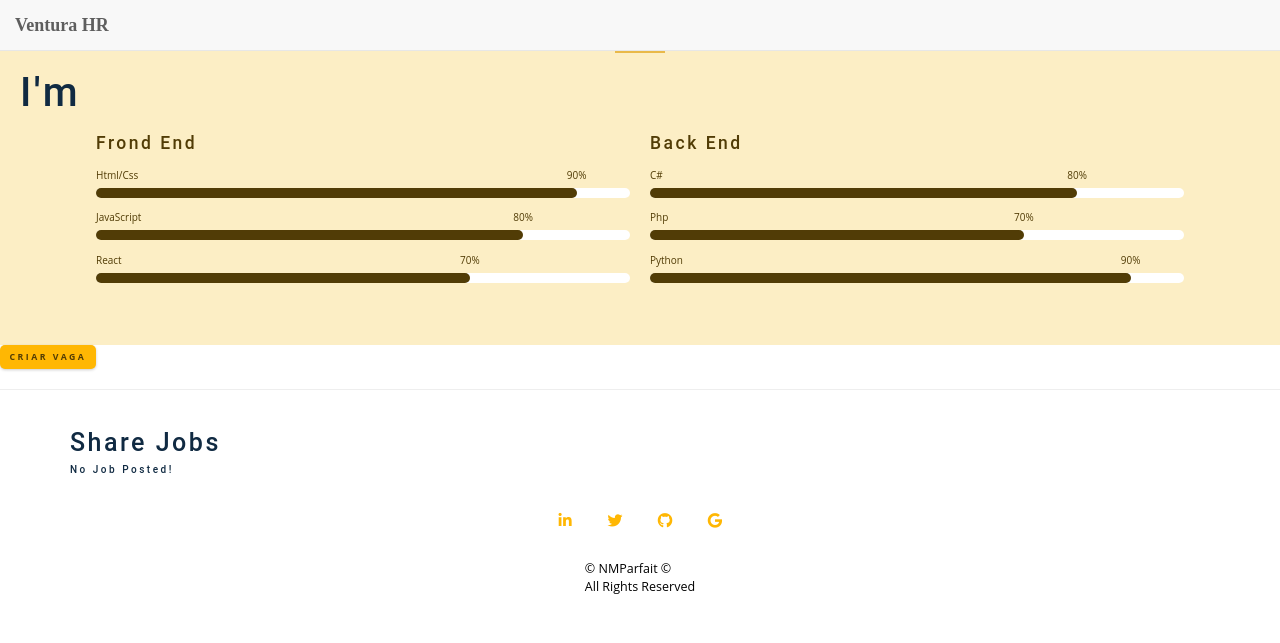
Repository: nmparfait/HumanResources-Ventura
Page: http://localhost/venturaWeb/WEB-INF/jsp/empresa/home.jsp
An editor plug-in stored every save of this project. The page is shown before and after the next save, followed by the edit.
The browser window is 1280 px wide. The pictures show the whole page.
Some web fonts or font styles are not loaded; a fallback is used. Some web libraries are served in a nearby version. The page is served by Tomcat 9. Nobody is signed in. Other server files are loaded and not shown. The template is opened directly, without the code that normally fills it, so the values that code supplies are empty.

Above is the page before, as saved 2021-09-27 22:33:39.

### venturaWeb/src/main/webapp/WEB-INF/jsp/empresa/home.jsp
<%@ page contentType="text/html;charset=UTF-8" language="java" %>
<%@ taglib uri="http://java.sun.com/jsp/jstl/core" prefix="c"%>
<html>
	<head>
	    <meta charset="UTF-8" />
	    <meta http-equiv="X-UA-Compatible" content="IE=edge" />
	    <meta name="viewport" content="width=device-width, initial-scale=1.0" />
	    <meta name="viewport" content="width=device-width, initial-scale=1">
	    <link rel="stylesheet" href="https://maxcdn.bootstrapcdn.com/bootstrap/3.4.1/css/bootstrap.min.css">
	    <script src="https://ajax.googleapis.com/ajax/libs/jquery/3.5.1/jquery.min.js"></script>
	    <script src="https://maxcdn.bootstrapcdn.com/bootstrap/3.4.1/js/bootstrap.min.js"></script>
	    <title>VENTURA | Entreprise</title>
	    <!-- font awesome -->
	    <link
	      rel="stylesheet"
	      href="https://cdnjs.cloudflare.com/ajax/libs/font-awesome/5.14.0/css/all.min.css"
	    />
	    <!-- google font -->
	    <link href="https://fonts.googleapis.com/css2?family=Dancing+Script&display=swap" rel="stylesheet">
	    <!-- style -->
	    <link rel="stylesheet" href="../css/styles.css" />
	    <link rel="stylesheet" href="../css/footer.css" />
	    <link rel="stylesheet" href="../css/empresa.css" />

  	</head>
  	 <body>
  	 	<nav class="navbar navbar-default navbar-fixed-top">
  			<div class="container-fluid">
    			<div class="navbar-header">
      				<a class="navbar-brand font logoVentura" href="http://localhost:8080">Ventura HR</a>
    			</div>
		  	 	<ul class="nav navbar-nav navbar-right">
					<c:if test="${not empty usuario}">

						<li><a href="http://localhost:8080/#about"><span class="glyphicon glyphicon-flag navSize"></span> About</a></li>
						<li><a href="http://localhost:8080/#service"><span class="glyphicon glyphicon-retweet navSize"></span> Services</a></li>
						<li><a href="http://localhost:8080/#contact"><span class="glyphicon glyphicon-envelope navSize"></span> Contact</a></li>
				    </c:if>
				    <c:if test="${not empty usuario}">
				    	<li><a href="/logout"><span class="glyphicon glyphicon-log-out"></span>Logout, ${usuario.email}</a></li>
				    </c:if>
				 </ul>
		</nav>
		<!-- skills -->
    <section class="section skills">
    	<article class="hero-info">
		          <div class="underline"></div>
		          <h1>i'm ${usuario.nomeCompleto}</h1>

      </div>
      <!--end of section title  -->
      <div class="section-center skills-center">
        <article class="">
          <h3>frond end</h3>
          <!-- single skill -->
          <div class="skill">
            <p>html/css</p>
            <div class="skill-container">
              <div class="skill-value skill-value-90"></div>
              <p class="skill-text skill-text-90">90%</p>
            </div>
          </div>
          <!-- end of single skill -->

          <!-- single skill -->
          <div class="skill">
            <p>JavaScript</p>
            <div class="skill-container">
              <div class="skill-value skill-value-80"></div>
              <p class="skill-text skill-text-80">80%</p>
            </div>
          </div>
          <!-- end of single skill -->

          <!-- single skill -->
          <div class="skill">
            <p>react</p>
            <div class="skill-container">
              <div class="skill-value skill-value-70"></div>
              <p class="skill-text skill-text-70">70%</p>
            </div>
          </div>
          <!-- end of single skill -->
        </article>

        <article class="">
          <h3>back end</h3>
          <!-- single skill -->
          <div class="skill">
            <p>c#</p>
            <div class="skill-container">
              <div class="skill-value skill-value-80"></div>
              <p class="skill-text skill-text-80">80%</p>
            </div>
          </div>
          <!-- end of single skill -->

          <!-- single skill -->
          <div class="skill">
            <p>php</p>
            <div class="skill-container">
              <div class="skill-value skill-value-70"></div>
              <p class="skill-text skill-text-70">70%</p>
            </div>
          </div>
          <!-- end of single skill -->

          <!-- single skill -->
          <div class="skill">
            <p>python</p>
            <div class="skill-container">
              <div class="skill-value skill-value-90"></div>
              <p class="skill-text skill-text-90">90%</p>
            </div>
          </div>
          <!-- end of single skill -->
        </article>
      </div>
    </section>

    <!-- end of skills -->
		    <div class="form-group">
		        <form action="/postarVaga" method="get">
		            <button type="submit" class="btn btn-default">Criar Vaga</button>
		        </form>
		    </div>
		</div>
		<hr>
		<div class="container">
		    <h2>Share Jobs</h2>

		    <c:if test="${not empty vagas}">
		        <table class="table table-bordered">
		            <thead>
		            <tr>
		                <th>Id</th>
		                <th>Cargo</th>
		                <th>Cidade</th>
		                <th>Tipo de Contrato</th>
		            </tr>
		            </thead>
		            <tbody>
		            <c:forEach var="vaga" items="${vagas}" varStatus="id">
		                <tr>
		                    <td>${vaga.id}</td>
		                    <td>${vaga.cargo}</td>
		                    <td>${vaga.cidade}</td>
		                    <td>${vaga.tipoDeContrato}</td>
		                </tr>
		            </c:forEach>
		            </tbody>
		        </table>
		    </c:if>

		    <c:if test="${empty vagas}">
		        <h4>No job posted!</h4>
		    </c:if>
		</div>

		<c:import url="/WEB-INF/jsp/app/footer.jsp"/>

	</body>
</html>

### venturaWeb/src/main/webapp/WEB-INF/jsp/app/footer.jsp
<%@ page contentType="text/html;charset=UTF-8" language="java" %>
<%@ taglib uri="http://java.sun.com/jsp/jstl/core" prefix="c"%>
<html>
    <head>
        <link rel="stylesheet" href="https://cdnjs.cloudflare.com/ajax/libs/font-awesome/4.7.0/css/font-awesome.min.css">
        <link rel="stylesheet" href="css/footer.css">
        <title>VENTURA | Footer</title>
    </head>
    <body>
        <!-- footer -->
    <footer class="footer">
      <!-- social icons -->
      <ul class="social-icons">
        <li>
          <a href="https://linkedin.com" class="social-icon"
            ><i class="fab fa-linkedin"></i
          ></a>
        </li>
        <li>
          <a href="https://twitter.com" class="social-icon"
            ><i class="fab fa-twitter"></i
          ></a>
        </li>
        <li>
          <a href="https://github.com/nmparfait" class="social-icon"
            ><i class="fab fa-github"></i
          ></a>
        </li>
        <li>
          <a href="https://google.com" class="social-icon"
            ><i class="fab fa-google"></i
          ></a>
        </li>
      </ul>
      <p class="parfait">&copy; <span id="date"></span>   NMParfait &copy;<br>all rights reserved</p>
    </footer>

    </body>
</html>

### venturaWeb/src/main/webapp/css/styles.css
/* details generics
first color : #ffb703
-- second color: #e9edc9

*/
/*
===============
Variables
===============
*/

:root {
  /* dark shades of primary color*/
  --clr-primary-1: hsl(43, 86%, 17%);
  --clr-primary-2: hsl(43, 77%, 27%);
  --clr-primary-3: hsl(43, 72%, 37%);
  --clr-primary-4: hsl(42, 63%, 48%);
  /* primary/main color */
  --clr-primary-5: hsl(42, 78%, 60%);
  /* lighter shades of primary color */
  --clr-primary-6: hsl(43, 89%, 70%);
  --clr-primary-7: hsl(43, 90%, 76%);
  --clr-primary-8: hsl(45, 86%, 81%);
  --clr-primary-9: hsl(45, 90%, 88%);
  --clr-primary-10: hsl(45, 100%, 96%);
  /* darkest grey - used for headings */
  --clr-grey-1: hsl(209, 61%, 16%);
  --clr-grey-2: hsl(211, 39%, 23%);
  --clr-grey-3: hsl(209, 34%, 30%);
  --clr-grey-4: hsl(209, 28%, 39%);
  /* grey used for paragraphs */
  --clr-grey-5: hsl(210, 22%, 49%);
  --clr-grey-6: hsl(209, 23%, 60%);
  --clr-grey-7: hsl(211, 27%, 70%);
  --clr-grey-8: hsl(210, 31%, 80%);
  --clr-grey-9: hsl(212, 33%, 89%);
  --clr-grey-10: hsl(210, 36%, 96%);
  --clr-white: #fff;
  --ff-primary: 'Roboto', sans-serif;
  --ff-secondary: 'Open Sans', sans-serif;
  --transition: all 0.3s linear;
  --spacing: 0.25rem;
  --radius: 0.5rem;
  --light-shadow: 0 5px 15px rgba(0, 0, 0, 0.1);
  --dark-shadow: 0 5px 15px rgba(0, 0, 0, 0.2);
  --max-width: 1170px;
}
/*
===============
Global Styles
===============
*/

*,
::after,
::before {
  margin: 0;
  padding: 0;
  box-sizing: border-box;
}
body {
  font-family: var(--ff-secondary);
  background: var(--clr-white);
  color: var(--clr-grey-1);
  line-height: 1.5;
  font-size: 0.875rem;
}
ul {
  list-style-type: none;
}
a {
  text-decoration: none;
}
img:not(.nav-logo) {
  width: 100%;
  display: block;
}

h1,
h2,
h3,
h4 {
  letter-spacing: var(--spacing);
  text-transform: capitalize;
  line-height: 1.25;
  margin-bottom: 0.75rem;
  font-family: var(--ff-primary);
}
h1 {
  font-size: 3rem;
}
h2 {
  font-size: 2rem;
}
h3 {
  font-size: 1.25rem;
}
h4 {
  font-size: 0.875rem;
}
p {
  margin-bottom: 1.25rem;
  color: var(--clr-grey-5);
}
@media screen and (min-width: 800px) {
  h1 {
    font-size: 4rem;
  }
  h2 {
    font-size: 2.5rem;
  }
  h3 {
    font-size: 1.75rem;
  }
  h4 {
    font-size: 1rem;
  }
  body {
    font-size: 1rem;
  }
  h1,
  h2,
  h3,
  h4 {
    line-height: 1;
  }
}
/*  global classes */

.btn {
  text-transform: uppercase;
  background: #ffb703;
  color: var(--clr-primary-1);
  padding: 0.375rem 0.75rem;
  letter-spacing: var(--spacing);
  display: inline-block;
  font-weight: 700;
  transition: var(--transition);
  font-size: 0.875rem;
  border: 2px solid transparent;
  cursor: pointer;
  box-shadow: 0 1px 3px rgba(0, 0, 0, 0.2);
  border-radius: var(--radius);
}
.btn:hover {
  color: var(--clr-primary-1);
  background: var(--clr-primary-7);
}
/* section */
.section {
  padding: 5rem 2rem;
}

.section-center {
  width: 90vw;
  margin: 0 auto;
  max-width: 1170px;
}

.contact {
  background: #fffcfc;
  min-height: 100vh;
}
@media screen and (min-width: 992px) {
  .section-center {
    width: 95vw;
  }
}

.underline {
  width: 5rem;
  height: 0.25rem;
  margin-bottom: 1.25rem;
  background: var(--clr-primary-5);
  margin-left: auto;
  margin-right: auto;
}

.section-title {
  margin-bottom: 4rem;
  text-align: center;
}

.bg-grey {
  background: var(--clr-grey-9);
}

.glyphicon {
	color:  #ffb703;
}

.navSize {
	width: 15px;
	font-weight: 600;
}

.logoVentura {
	font-weight: 900;
	color : #000;
}

/* added during recording */

/*
===============
Sidebar
===============
*/

.sidebar {
  position: fixed;
  top: 0;
  left: 0;
  width: 100%;
  height: 100%;
  background: var(--clr-grey-10);
  z-index: 4;
  display: grid;
  /* align-items: center;
  justify-content: center; */
  place-items: center;
  transition: var(--transition);

  /* add later */
  transform: translateX(-100%);
}

/* toggle sidebar */
.show-sidebar {
  transform: translateX(0);
}

.sidebar-links {
  text-align: center;
}

.sidebar-links a {
  font-size: 2rem;
  text-transform: capitalize;
  transform: var(--transition);
  color: var(--clr-grey-5);
  letter-spacing: var(--spacing);
  display: inline-block;
  margin-bottom: 1.5rem;
}

.sidebar-links a:hover {
  color: var(--clr-primary-5);
}

.social-icons {
  display: grid;
  margin-top: 3rem;
  width: 20rem;
  grid-template-columns: repeat(4, 1fr);
  justify-items: center;
}

.social-icon {
  font-size: 1.5rem;
  color: var(--clr-grey-1);
  transition: var(--transition);
}

.social-icon:hover {
  color: var(--clr-primary-5);
}

.close-btn {
  position: absolute;
  top: 1rem;
  right: 1rem;
  font-size: 3rem;
  background: transparent;
  border: transparent;
  transition: var(--transition);
  color: #bb2525;
  cursor: pointer;
}

.close-btn:hover {
  color: #e66b6b;
}


/* end of details*/


.font {
	font-family: 'Dancing Script', cursive;
	background-color: #ffb703;
}

/*
===============
Connect
===============
*/

.connect {
  min-height: 40vh;
  position: relative;
  padding: 10rem 0 5rem 0;
  margin: 5rem 0;
  -webkit-clip-path: polygon(
    50% 0%,
    100% 10%,
    100% 90%,
    53% 100%,
    49% 100%,
    0 90%,
    0 10%
  );
  clip-path: polygon(
    50% 0%,
    100% 10%,
    100% 90%,
    53% 100%,
    49% 100%,
    0 90%,
    0 10%
  );
}
.video-container {
  position: absolute;
  top: 0;
  left: 0;
  width: 100%;
  height: 100%;
  -o-object-fit: cover;
  object-fit: cover;
  z-index: -2;
}

.connect::after {
  content: '';
  position: absolute;
  top: 0;
  left: 0;
  width: 100%;
  height: 100%;
  /* background: var(--clr-white); */
  /* background: var(--clr-primary-5); */
  background: rgba(0, 0, 0, 0.6);
  opacity: 0.7;
  z-index: -1;
}
.connect {
  display: grid;
  place-items: center;
}

.video-banner .section-title {
  margin-bottom: 2rem;
}

.video-text {
  max-width: 30rem;
}

.video-banner {
  background: #e9edc9;
  padding: 3rem 5rem 12rem 5rem;
  text-align: center;
  -webkit-clip-path: polygon(
    0% 0%,
    100% 0%,
    100% 75%,
    75% 75%,
    75% 100%,
    50% 75%,
    0% 75%
  );
  clip-path: polygon(
    0% 0%,
    100% 0%,
    100% 75%,
    75% 75%,
    75% 100%,
    50% 75%,
    0% 75%
  );
}

/*
===============
About
===============
*/

/*
===============
Hero
===============
*/
.hero .underline {
  margin-bottom: 0.5rem;
  margin-left: 0;
}

.hero-img {
  display: none;
}

.hero {
  background: var(--clr-primary-10);
}
.hero-center {
  min-height: calc(100vh - 5rem);
  display: grid;
  place-items: center;
}

.hero-info h4 {
  color: var(--clr-grey-5);
}

.hero-icons {
  justify-items: start;
}

.hero-btn {
  margin-top: 1.25rem;
}

.hero-photo {
  max-width: 25rem;
  max-height: 30rem;
  -o-object-fit: cover;
  object-fit: cover;
  border-radius: var(--radius);
  position: relative;
}

@media screen and (min-width: 776px) {
  .hero-img {
    display: block;
    position: relative;
  }

  .hero-center {
    display: grid;
    grid-template-columns: 1fr 1fr;
  }
}

.hero-img::before,
.about-img::before {
  content: '';
  position: absolute;
  width: 100%;
  height: 100%;
  border: 0.25rem solid var(--clr-primary-5);
  top: 2rem;
  right: -2rem;
  border-radius: var(--radius);
}

/* section title added to globals */
.about-title {
  text-align: left;
  margin-bottom: 2rem;
}

.about-title .underline {
  margin-left: 0;
}

.about-center {
  display: grid;
  gap: 3rem 2rem;
}

.about-img {
  position: relative;
}

.about-img::before {
  left: -2rem;
}

.about-img {
  justify-self: center;
}

@media screen and (min-width: 776px) {
  .about-center {
    display: grid;
    grid-template-columns: 1fr 1fr;
  }
}

@media screen and (min-width: 992px) {
  .about-center {
    grid-template-columns: 1fr 1fr;
  }

  .about-img {
    position: relative;
  }

  .about-img::before {
    left: -2rem;
  }
}

.hero-photo {

}

/* Services*/

/*
===============
Services
===============
*/

.service {
  background: var(--clr-white);
  padding: 3rem 1.5rem;
  margin-bottom: 2rem;
  border-radius: var(--radius);
  text-align: center;
  transition: var(--transition);
}

.service-icon {
  font-size: 2rem;
  margin-bottom: 1.5rem;
}

.service .underline {
  width: 3rem;
  height: 0.12rem;
  transition: var(--transition);
}

.service p {
  transition: var(--transition);
}
.service:hover {
  background: var(--clr-primary-5);
  color: var(--clr-white);
}

.service:hover p {
  color: var(--clr-white);
}

.service:hover .underline {
  background: var(--clr-white);
}

@media screen and (min-width: 676px) {
  .services-center {
    display: grid;
    grid-template-columns: 1fr 1fr;
    -moz-column-gap: 2rem;
    column-gap: 2rem;
  }
}

@media screen and (min-width: 992px) {
  .services-center {
    grid-template-columns: repeat(3, 1fr);
  }
}

/* CONTACT*/
/* section */
.section {
  padding: 5rem 2rem;
}

.section-center {
  width: 90vw;
  margin: 0 auto;
  max-width: 1170px;
}

.contact {
  background: #fefae0;
  min-height: 50vh;
}
@media screen and (min-width: 992px) {
  .section-center {
    width: 85vw;
  }
}

/*LOGIN PAGE*/


.loginPage {

	margin-top: 50px;
}

### venturaWeb/src/main/webapp/css/footer.css
/*
===============
Footer
===============
*/

.footer {
  padding-bottom: 2rem;
  display: grid;
  place-items: center;
  background: #fff;
}

.footer .social-icons {
  margin-bottom: 2rem;
}

.footer .social-icon {
  color: #ffb703;
}

.footer .social-icon:hover {
  color: #000;
}
.footer p {
  color: #000000;
  font-size: 1.25rem;
  text-transform: capitalize;
}

.parfait {
	margin: 10px;
}

/*
===============
Single Page
===============
*/

### venturaWeb/src/main/webapp/css/empresa.css

/*
===============
Skills
===============
*/
@media screen and (min-width: 768px) {
  .skills-center {
    display: grid;
    grid-template-columns: 1fr 1fr;
    -moz-column-gap: 2rem;
    column-gap: 2rem;
  }
}
.skills {
  background: var(--clr-primary-9);
}

.skills h3 {
  margin: 1.5rem 0;
  color: var(--clr-primary-1);
}

.skill {
  margin-bottom: 1.25rem;
}

.skill p {
  margin-bottom: 0.5rem;
  text-transform: capitalize;
  color: var(--clr-primary-1);
}

.skill-container {
  background: var(--clr-white);
  height: 1rem;
  width: 100%;
  border-radius: var(--radius);
  position: relative;
}

.skill-value {
  position: absolute;
  top: 0;
  left: 0;
  background: var(--clr-primary-1);
  height: 100%;
  width: 50%;
  border-radius: var(--radius);
}

.skill-value-70 {
  width: 70%;
}
.skill-value-80 {
  width: 80%;
}
.skill-value-90 {
  width: 90%;
}

.skill-text {
  position: absolute;
  top: -2rem;
  left: 50%;
  transform: translateX(-50%);
}

.skill-text-70 {
  left: 70%;
}

.skill-text-80 {
  left: 80%;
}

.skill-text-90 {
  left: 90%;
}

.criarVaga {
	margin: 5px;
	text-align: center;
}

After the next save:
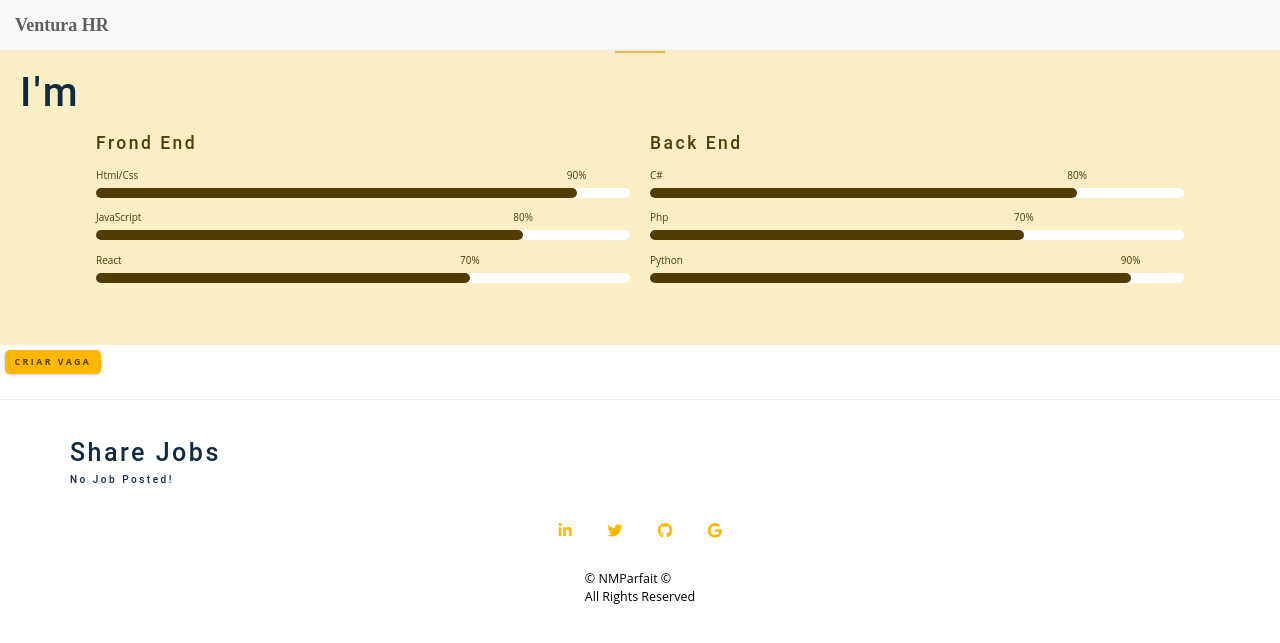
Saved 6 s later.
--- a/venturaWeb/src/main/webapp/WEB-INF/jsp/empresa/home.jsp
+++ b/venturaWeb/src/main/webapp/WEB-INF/jsp/empresa/home.jsp
@@ -121,7 +121,7 @@
     <!-- end of skills -->
 		    <div class="form-group">
 		        <form action="/postarVaga" method="get">
-		            <button type="submit" class="btn btn-default">Criar Vaga</button>
+		            <button type="submit" class="btn btn-default criarVaga">Criar Vaga</button>
 		        </form>
 		    </div>
 		</div>
